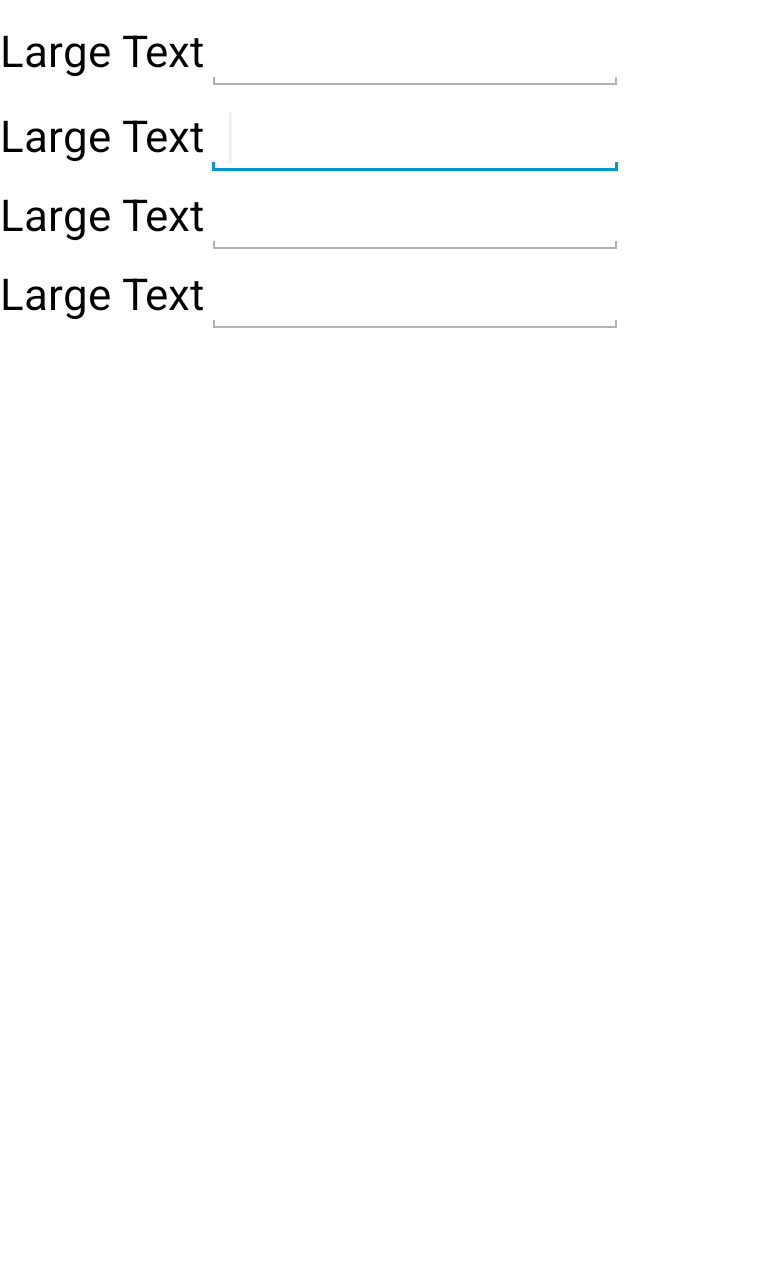
Repository: shervinshaikh/Android
Layout: NBAScoreTracker/res/layout/fragment_scores.xml
These files come from the project's save history. The layout is drawn as it stood at one moment and after the next save; the edit follows.
It is drawn on a 768 x 1280 px phone screen (xhdpi) without system bars, with theme AppTheme; the app's code is not run.

Above is the layout before, as saved 2013-04-27 22:26:21.

### NBAScoreTracker/res/layout/fragment_scores.xml
<TableLayout xmlns:android="http://schemas.android.com/apk/res/android"
    android:layout_width="fill_parent"
    android:layout_height="fill_parent" >

    <TableRow
        android:id="@+id/tableRow1"
        android:layout_width="wrap_content"
        android:layout_height="wrap_content" >

        <TextView
            android:id="@+id/textView1"
            android:layout_width="wrap_content"
            android:layout_height="wrap_content"
            android:text="Large Text"
            android:textAppearance="?android:attr/textAppearanceLarge"
            android:paddingTop="10dip"
            android:paddingBottom="10dip" />

        <EditText
            android:id="@+id/editText1"
            android:layout_width="wrap_content"
            android:layout_height="wrap_content"
            android:ems="10" />

    </TableRow>

    <TableRow
        android:id="@+id/tableRow2"
        android:layout_width="wrap_content"
        android:layout_height="wrap_content" >

        <TextView
            android:id="@+id/textView2"
            android:layout_width="wrap_content"
            android:layout_height="wrap_content"
            android:text="Large Text"
            android:textAppearance="?android:attr/textAppearanceLarge" />

        <EditText
            android:id="@+id/editText2"
            android:layout_width="wrap_content"
            android:layout_height="wrap_content"
            android:ems="10" >

            <requestFocus />
        </EditText>

    </TableRow>

    <TableRow
        android:id="@+id/tableRow3"
        android:layout_width="wrap_content"
        android:layout_height="wrap_content" >

        <TextView
            android:id="@+id/textView3"
            android:layout_width="wrap_content"
            android:layout_height="wrap_content"
            android:text="Large Text"
            android:textAppearance="?android:attr/textAppearanceLarge" />

        <EditText
            android:id="@+id/editText3"
            android:layout_width="wrap_content"
            android:layout_height="wrap_content"
            android:ems="10" />

    </TableRow>

    <TableRow
        android:id="@+id/tableRow4"
        android:layout_width="wrap_content"
        android:layout_height="wrap_content" >

        <TextView
            android:id="@+id/textView4"
            android:layout_width="wrap_content"
            android:layout_height="wrap_content"
            android:text="Large Text"
            android:textAppearance="?android:attr/textAppearanceLarge" />

        <EditText
            android:id="@+id/editText4"
            android:layout_width="wrap_content"
            android:layout_height="wrap_content"
            android:ems="10" />

    </TableRow>

</TableLayout>

Loaded but not shown: NBAScoreTracker/res/values/styles.xml (common file); NBAScoreTracker/res/values-v11/styles.xml (common file); NBAScoreTracker/res/values-v14/styles.xml (common file)

After the next save:
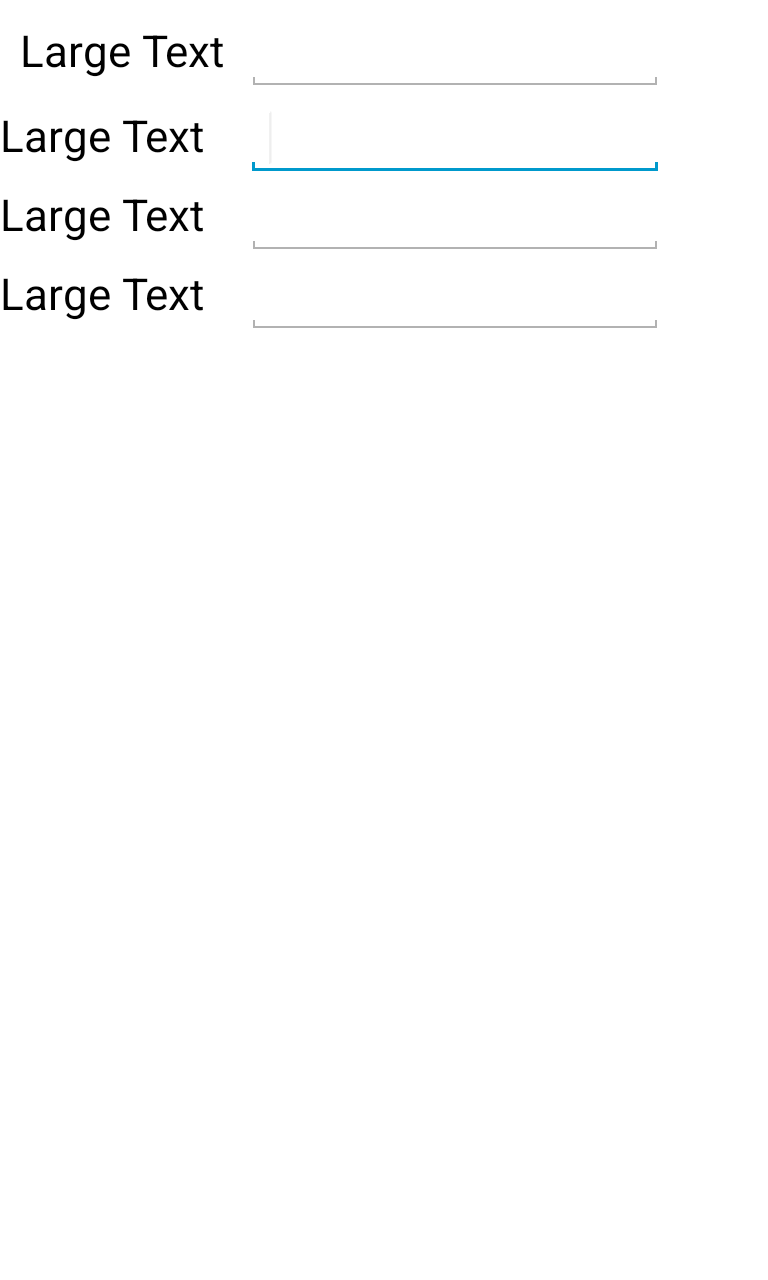
Saved 11 s later.
--- a/NBAScoreTracker/res/layout/fragment_scores.xml
+++ b/NBAScoreTracker/res/layout/fragment_scores.xml
@@ -13,8 +13,8 @@
             android:layout_height="wrap_content"
             android:text="Large Text"
             android:textAppearance="?android:attr/textAppearanceLarge"
-            android:paddingTop="10dip"
-            android:paddingBottom="10dip" />
+            android:padding="10dip"
+             />
 
         <EditText
             android:id="@+id/editText1"
